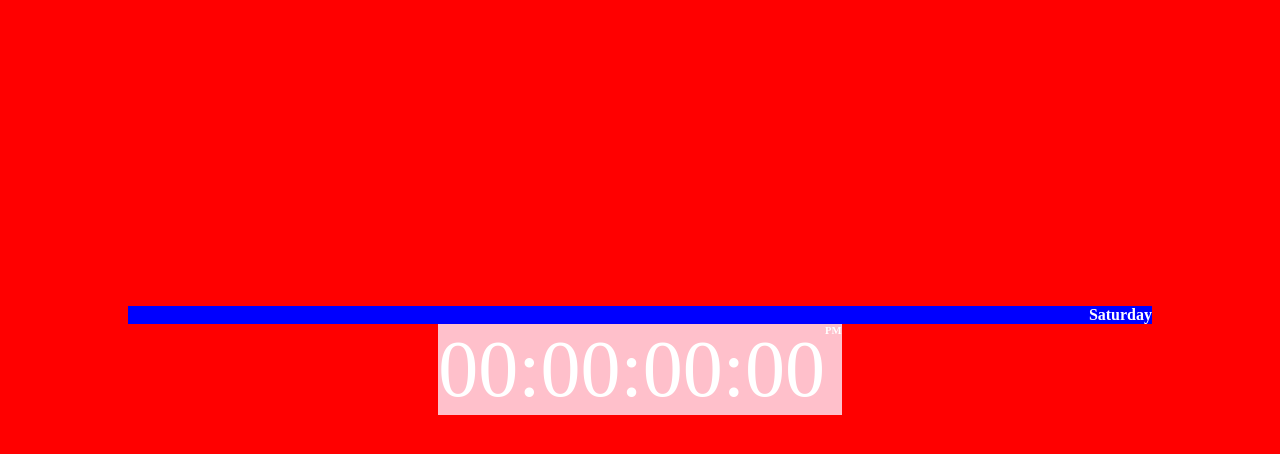
Repository: EguJaredoBoyd/Jared-Digital-Clock
Page: index.html
The author's editor kept a copy of each file at every save. The page is drawn from the files as they stood at one save, then again after the next save.
The browser window is 1280 px wide. The pictures show the whole page.

Above is the page before, as saved 2026-01-03 23:08:19.

After the next save:
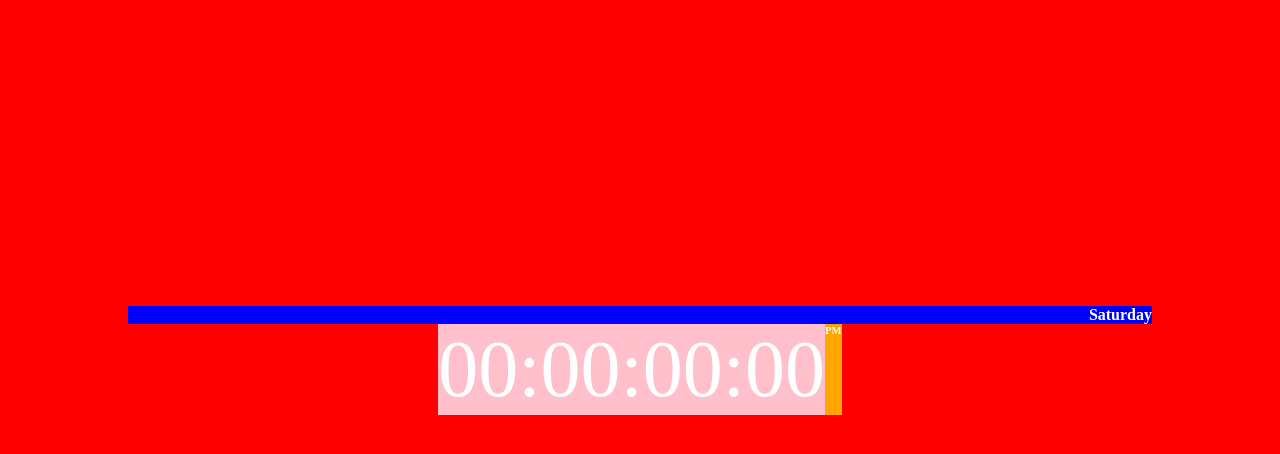
Saved 25 s later.
--- a/css/styles.css
+++ b/css/styles.css
@@ -35,5 +35,6 @@ body {
 }
 
 .watch-container__time h6 {
-  justify-self: first baseline;
+  background-color: orange;
+  justify-self: ;
 }
